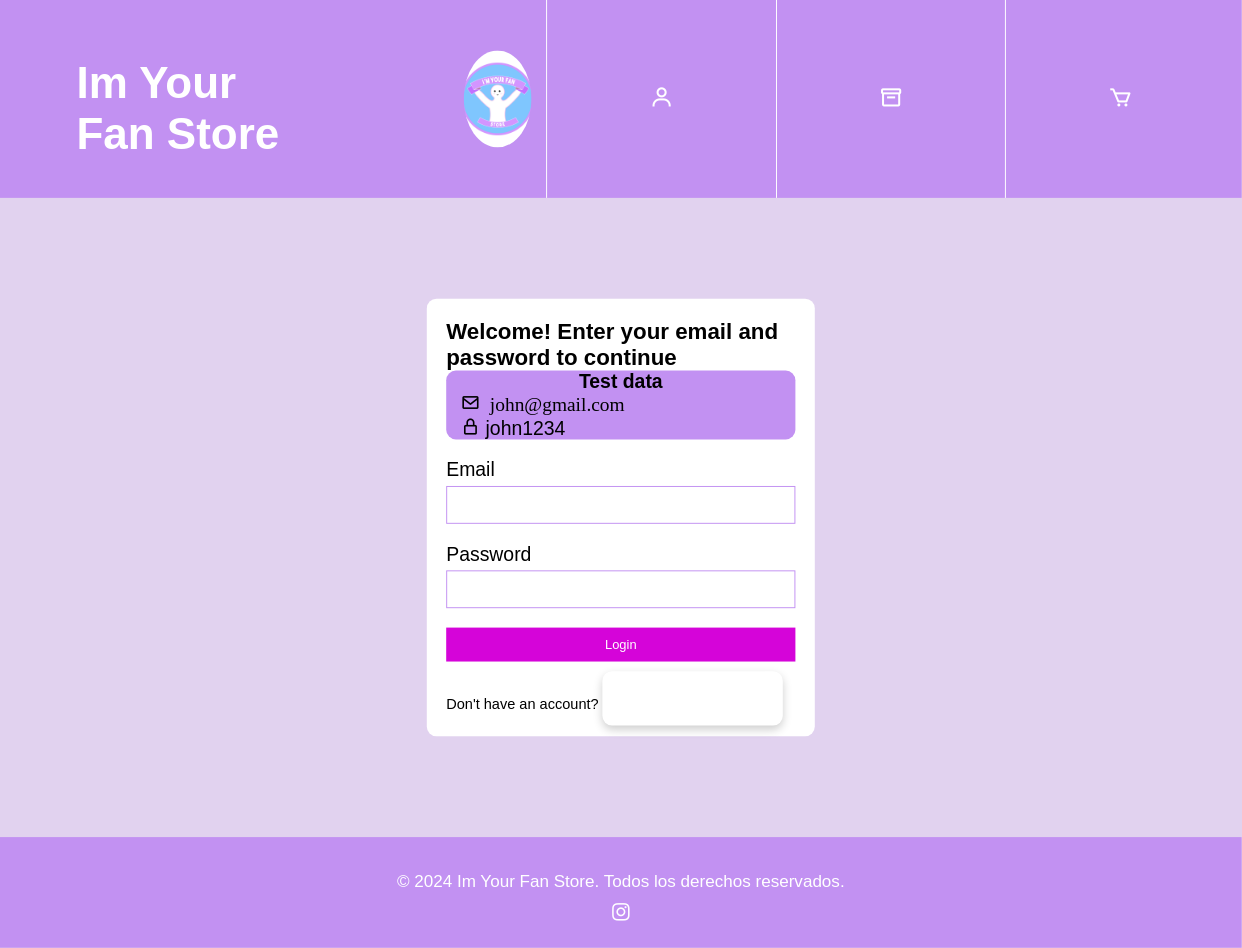
Repository: imyourfan-store/e-commerce
Page: /#/purchases
These files come from the project's save history. The page is drawn as it stood at one moment and after the next save; the edit follows.
The browser window is 1280 px wide. The pictures show the whole page, at 97% of full size.
The project was rebuilt for these pictures with package versions that can differ from the ones it lists, and the page was loaded fresh each time. Also part of the build but not shown: vite.config.js, src/components/home/styles/ProductCard.css, src/components/home/ProductCard.jsx, src/components/home/Categories.jsx, src/pages/Home.jsx, src/components/productId/styles/ProductInfo.css, src/components/productId/ProductInfo.jsx, src/components/productId/SimilarProducts.jsx and 14 more.

Above is the page before, as saved 2025-02-16 22:54:24.

After the next save:
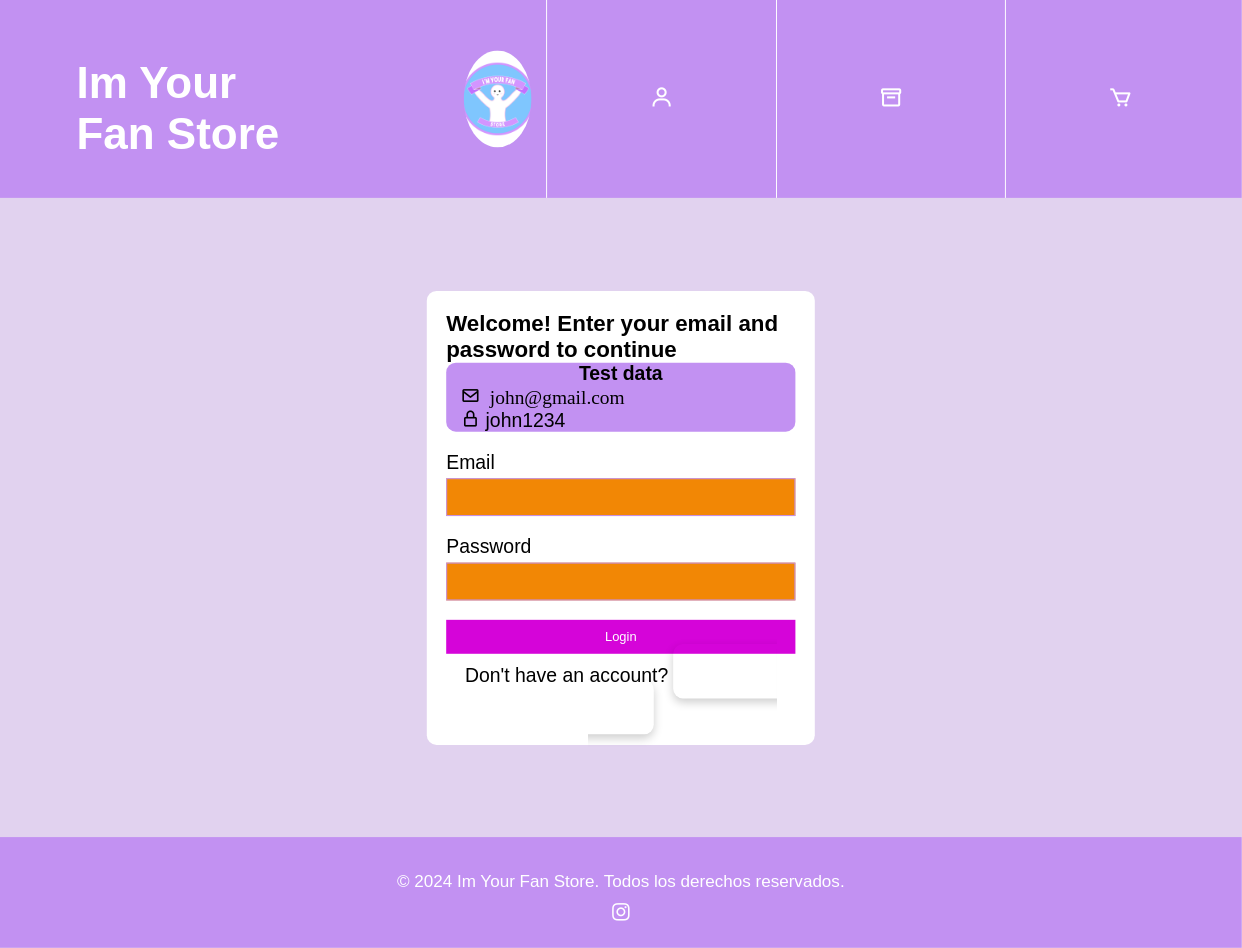
Saved 4 min 55 s later.
--- a/src/pages/styles/Login.css
+++ b/src/pages/styles/Login.css
@@ -84,7 +84,7 @@
   padding: 10px 15px;
   border: 1px solid var(--color-lila); /* Borde lila */
   font-size: 15px;
-  background-color: var(--color-blanquito); /* Fondo blanco para inputs */
+  background-color: var(--color-naranja); /* Fondo blanco para inputs */
 }
 
 .login__btn {
@@ -95,12 +95,3 @@
   color: var(--color-blanquito);
   cursor: pointer;
 }
-
-.login__text-footer {
-  width: 100%;
-  font-size: 15px;
-  text-align: start;
-  margin: 0;
-  margin-top: 20px;
-  color: var(--color-texto);
-}
